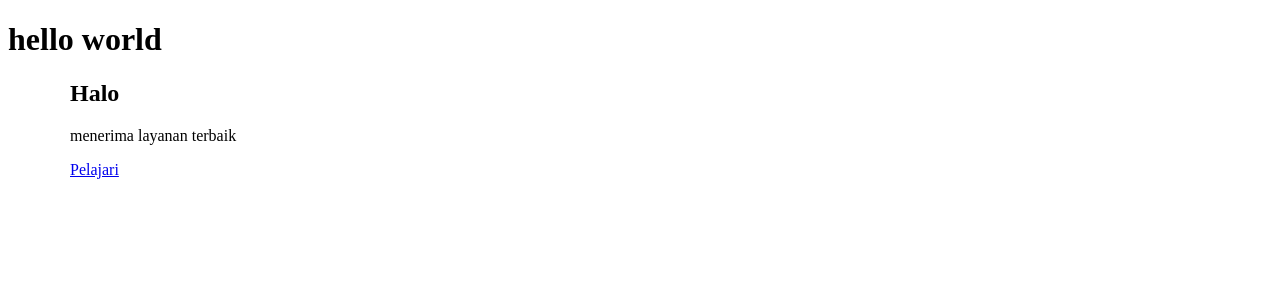
Repository: keyx-alt/pemrograman_web
Page: latihan24.html
The author's editor kept a copy of each file at every save. The page is drawn from the files as they stood at one save, then again after the next save.
The browser window is 1280 px wide. The pictures show the whole page.

Above is the page before, as saved 2026-04-30 13:56:22.

### latihan24.html
<!DOCTYPE html>
<html lang="en">
<head>
    <meta charset="UTF-8">
    <meta name="viewport" content="width=device-width, initial-scale=1.0">
    <title>Document</title>
    <link rel="stylesheet" href="dist/css/bootstrap-grid.min.css">
</head>
<body>
    <h1>hello world</h1>

    <section id="hero" class="hero text-center">
        <div class="container fade-in-up">
            <h1>Halo</h1>
            <p class="lead">menerima layanan terbaik</p>
            <a href="#services" class="btn btn-primary btn-lg">Pelajari</a>
        </div>
    </section>

    <script src="dist/js/bootstrap.bundle.min.js"></script>
</body>
</html>

Loaded but not shown: dist/css/bootstrap-grid.min.css (library); dist/js/bootstrap.bundle.min.js (library)

After the next save:
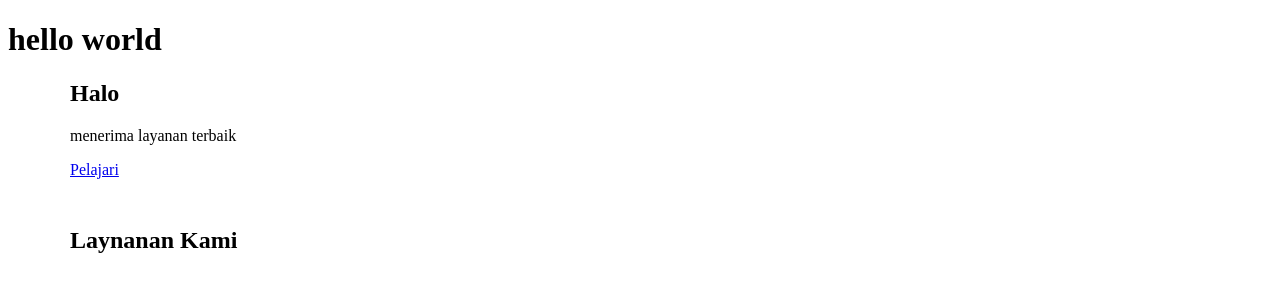
Saved 4 min 12 s later.
--- a/latihan24.html
+++ b/latihan24.html
@@ -9,6 +9,7 @@
 <body>
     <h1>hello world</h1>
 
+    <!-- hero section -->
     <section id="hero" class="hero text-center">
         <div class="container fade-in-up">
             <h1>Halo</h1>
@@ -17,6 +18,14 @@
         </div>
     </section>
 
+    <!-- layanan -->
+    <section id="services" class="container mt-5">
+        <h2 >Laynanan Kami</h2>
+    </section>
+
+
+
+
     <script src="dist/js/bootstrap.bundle.min.js"></script>
 </body>
 </html>
